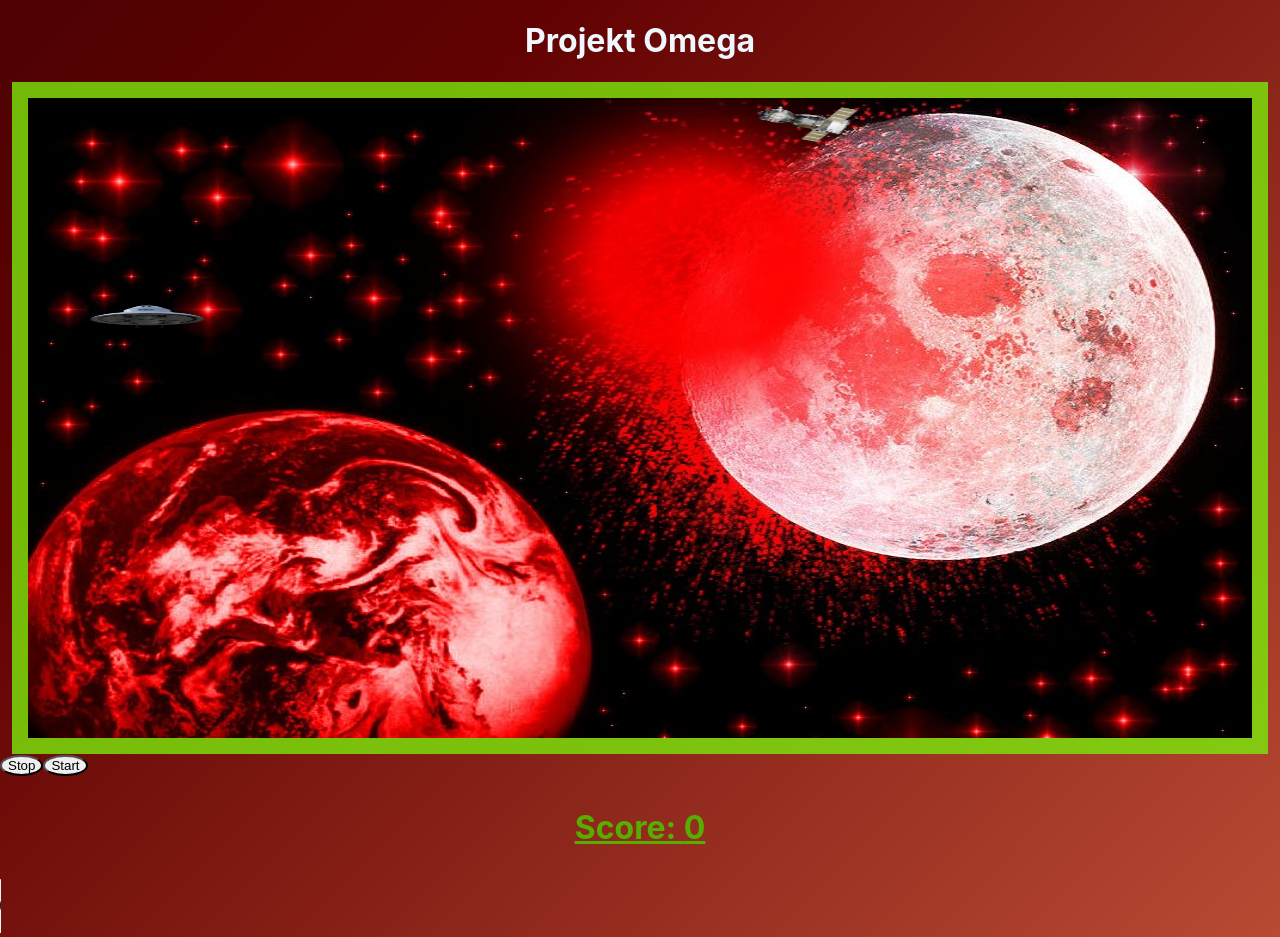
Repository: Der-Metatron/Projekt-Omega-Sprotte
Page: /, after clicking the first element matching `button.startbutton`
An editor plug-in stored every save of this project. The page is shown before and after the next save, followed by the edit.
The browser window is 1280 px wide. The pictures show the whole page.
The project was rebuilt for these pictures with package versions that can differ from the ones it lists, and the page was loaded fresh each time.

Above is the page before, as saved 2022-06-23 20:38:14.

After the next save:
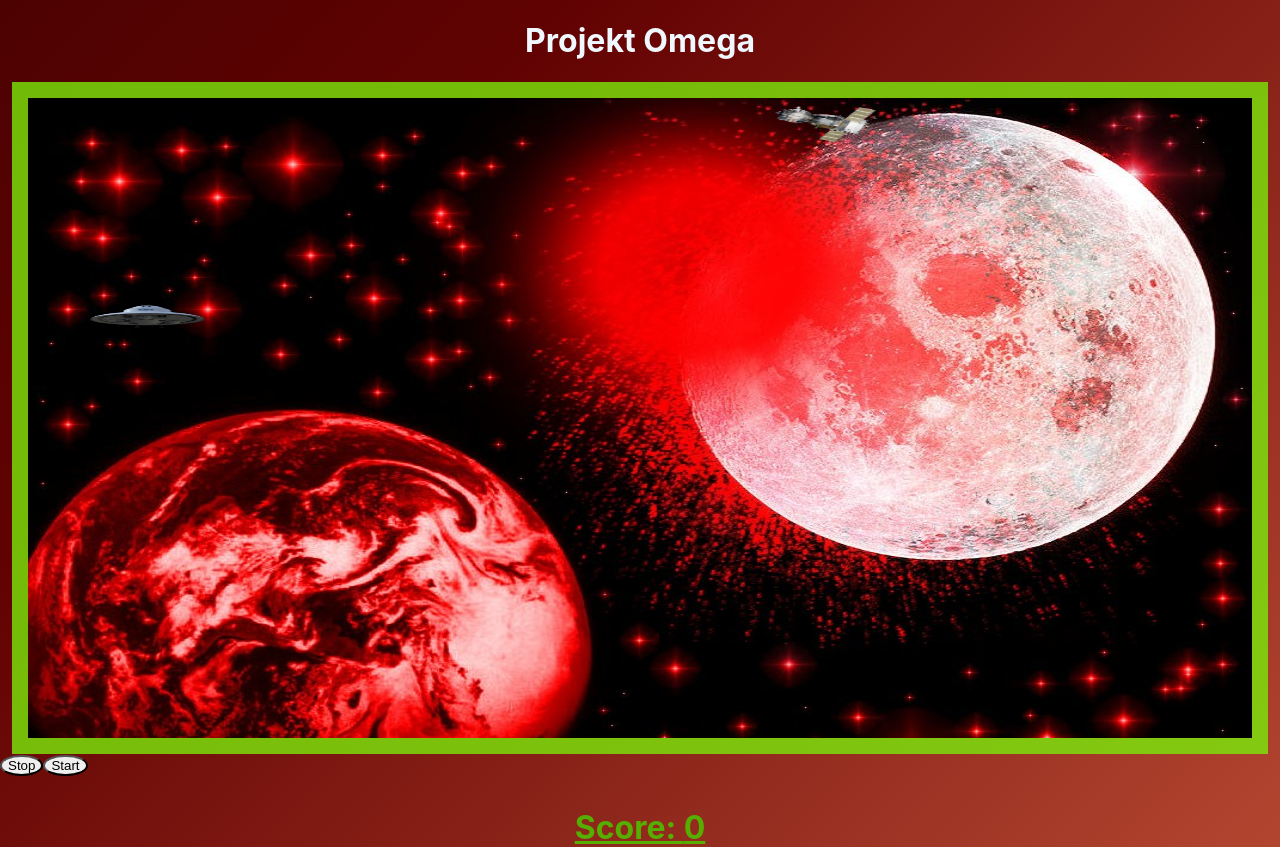
Saved 76 s later.
--- a/src/components/Footer.jsx
+++ b/src/components/Footer.jsx
@@ -1,16 +1,5 @@
 import React from "react";
 import ReactAudioPlayer from "react-audio-player";
 export const Footer = () => {
-  return (
-    <div>
-      <ReactAudioPlayer
-        className="player"
-        src="/audio/Musik/titel 1.mp3"
-        autoPlay
-        controls
-        loop
-        volume={0.5}
-      />
-    </div>
-  );
+  return <div></div>;
 };
